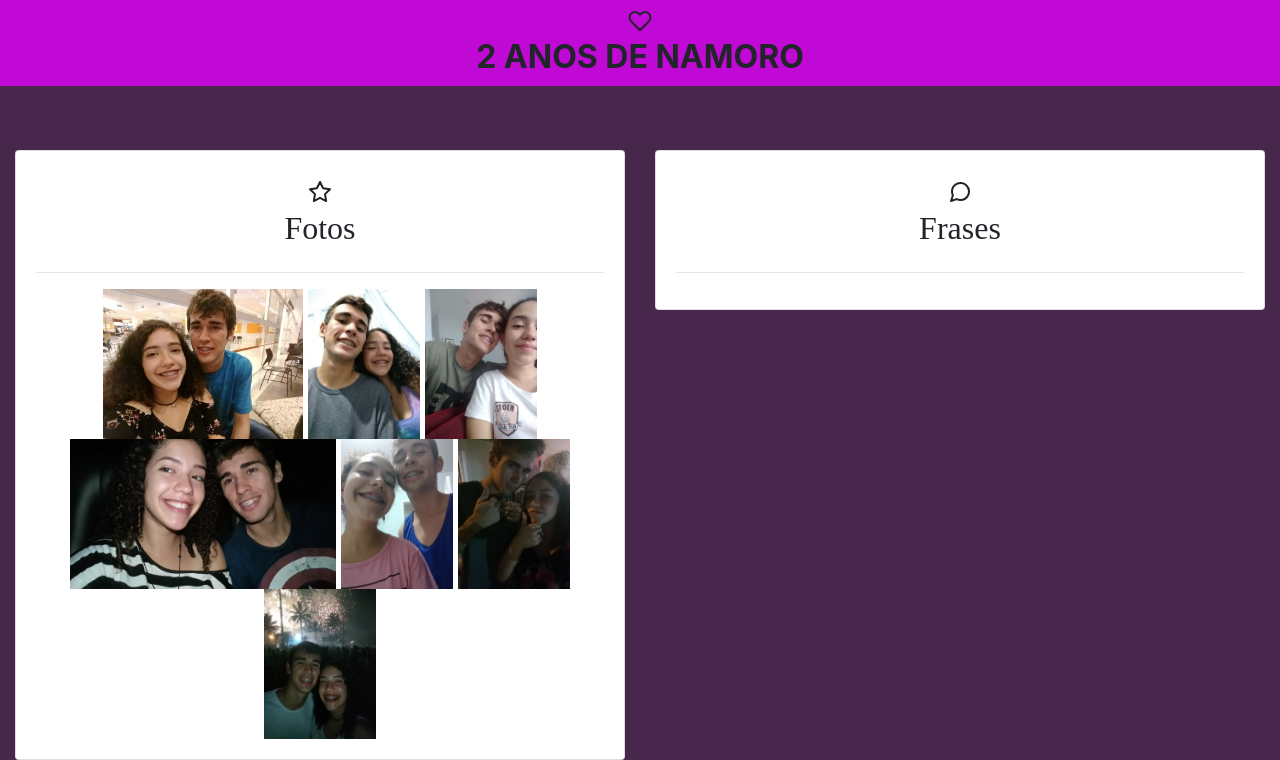
Repository: MeuAmor/meuamor.github.io
Page: index.html
The author's editor kept a copy of each file at every save. The page is drawn from the files as they stood at one save, then again after the next save.
The browser window is 1280 px wide. The pictures show the whole page.

Above is the page before, as saved 2019-08-20 23:08:12.

After the next save:
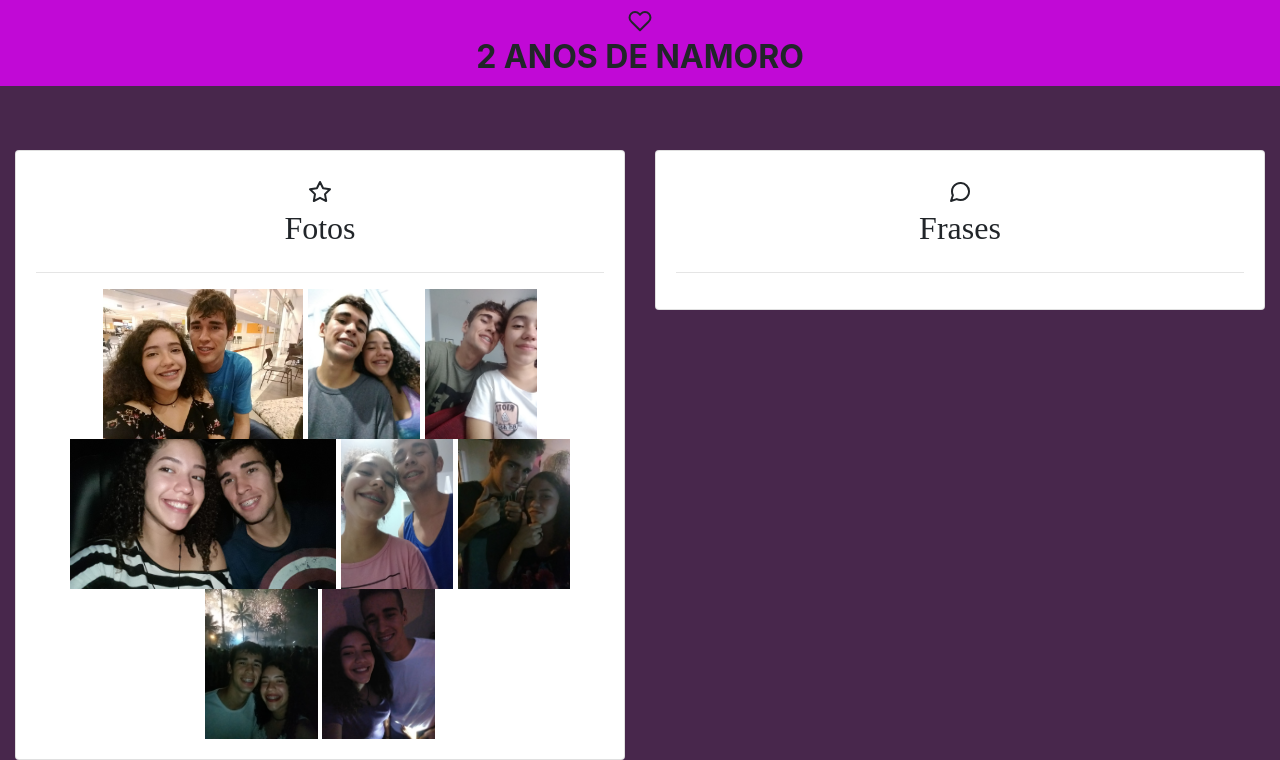
Saved 18 s later.
--- a/index.html
+++ b/index.html
@@ -97,6 +97,7 @@
                     <img src="imagens/3.jpg" alt="" height="150px;">
                     <img src="imagens/4.jpg" alt="" height="150px;">
                     <img src="imagens/segunda_foto.jpg" alt="Segunda Foto" height="150px;">
+                    <img src="imagens/5.jpg" alt="" height="150px;">
                 </div>
                 <!-- <br>
                 <svg xmlns="http://www.w3.org/2000/svg" width="24" height="24" viewBox="0 0 24 24">
